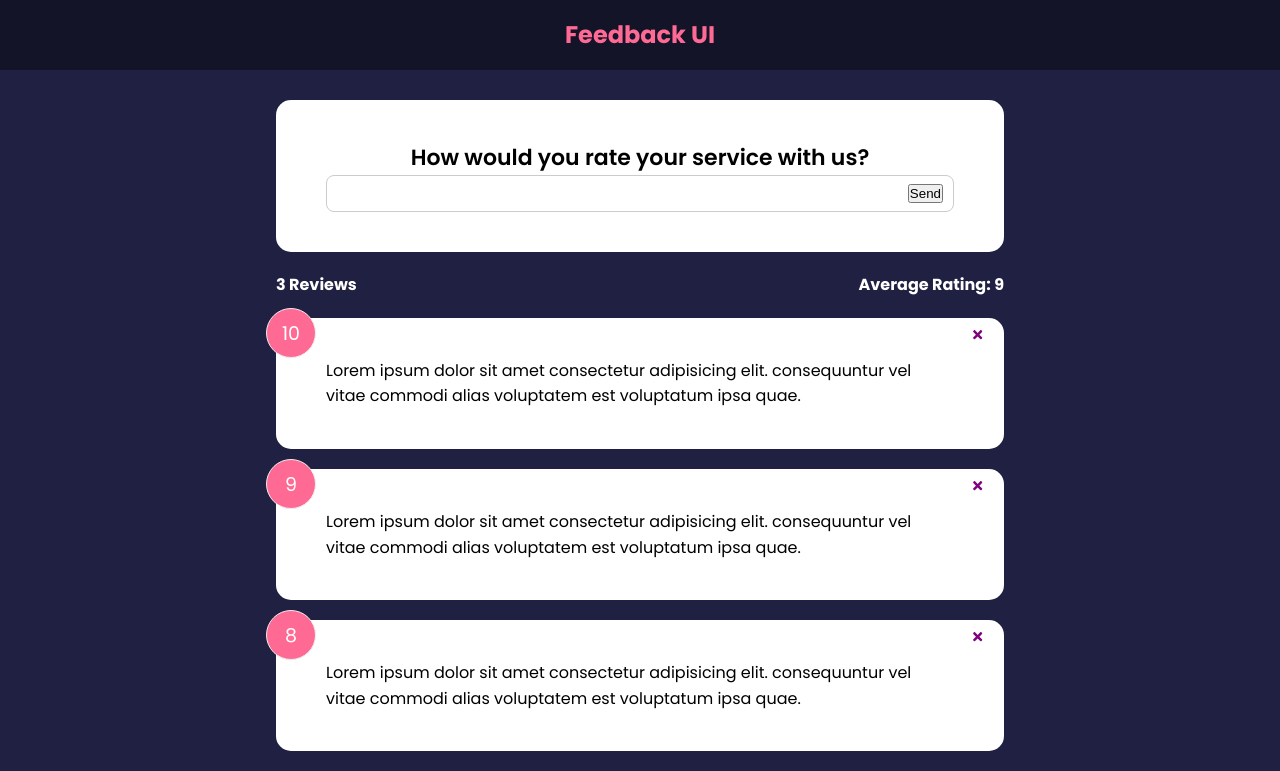
Repository: minhtien9/Feedback_App
Page: /
The author's editor kept a copy of each file at every save. The page is drawn from the files as they stood at one save, then again after the next save.
The browser window is 1280 px wide. The pictures show the whole page.
The project was rebuilt for these pictures with package versions that can differ from the ones it lists, and the page was loaded fresh each time.

Above is the page before, as saved 2022-02-18 14:20:53.

### src/index.css
@import url('https://fonts.googleapis.com/css2?family=Poppins:wght@400;600;700&display=swap');

* {
    box-sizing: border-box;
    margin: 0;
    padding: 0;
}

body {
    font-family: 'Poppins', sans-serif;
    background-color: #202142;
    color: #fff;
    line-height: 1.6;
}

ul {
    list-style: none;
}

.container {
    max-width: 768px;
    margin: auto;
    padding: 0 20px;
}

header {
    height: 70px;
    width: 100%;
    display: flex;
    justify-content: space-between;
    align-items: center;
    margin-bottom: 30px;
}

.card {
    background-color: #fff;
    color: #333;
    border-radius: 15px;
    padding: 40px 50px;
    margin: 20px 0;
    position: relative;
}

.card.reverse {
    background-color: rgba(0, 0, 0, 0.4);
    color: #fff;
}

.card h2 {
    font-size: 22px;
    font-weight: 600;
    text-align: center;
}

.rating {
    display: flex;
    align-items: center;
    justify-content: space-around;
    margin: 30px 0 40px;
}

.rating li,
.num-display {
    position: relative;
    background: #f4f4f4;
    width: 50px;
    height: 50px;
    padding: 10px;
    text-align: center;
    border-radius: 50%;
    font-size: 19px;
    border: 1px #eee solid;
    transition: 0.3s;
}

.rating li label {
    position: absolute;
    top: 50%;
    left: 50%;
    width: 50px;
    height: 50px;
    padding: 10px;
    border-radius: 50%;
    transform: translate(-50%, -50%);
    cursor: pointer;
}

.rating li:hover,
.num-display {
    background: #ff6a95;
    color: #fff;
}

[type='radio'] {
    opacity: 0;
}

[type='radio']:checked ~ label {
    background: #ff6a95;
    color: #fff;
}

.input-group {
    display: flex;
    flex-direction: row;
    border: 1px solid #ccc;
    padding: 8px 10px;
    border-radius: 8px;
}

input {
    flex-grow: 2;
    border: none;
    font-size: 16px;
}

input:focus {
    outline: none;
}

.feedback-stats {
    color: #fff;
    display: flex;
    justify-content: space-between;
    align-items: center;
}

.num-display {
    position: absolute;
    top: -10px;
    left: -10px;
}

.close,
.edit {
    position: absolute;
    top: 10px;
    right: 20px;
    cursor: pointer;
    background: none;
    border: none;
}

.edit {
    right: 40px;
}

.btn {
    color: #fff;
    border: 0;
    border-radius: 8px;
    color: #fff;
    width: 100px;
    height: 40px;
    cursor: pointer;
}

.btn-primary {
    background-color: #202142;
}

.btn-secondary {
    background: #ff6a95;
}

.btn:hover {
    transform: scale(0.98);
    opacity: 0.9;
}

.btn:disabled {
    background-color: #cccccc;
    color: #333;
    cursor: auto;
}

.btn:disabled:hover {
    transform: scale(1);
    opacity: 1;
}

.message {
    padding-top: 10px;
    text-align: center;
    color: rebeccapurple;
}

/* FIX: Remove position: absolute to keep about icon at the bottom of the
 * document */
.about-link {
    display: flex;
    justify-content: flex-end;
}

/* FIX: Remove position: absolute to keep about icon at the bottom of the
 * document */
.about-link a {
    color: #fff;
    cursor: pointer;
}

.about-link a:hover {
    color: #ff6a95;
}

.about h1 {
    margin-bottom: 20px;
}

.about p {
    margin: 10px 0;
}

@media (max-width: 600px) {
    .rating li {
        margin: 10px 3px;
    }

    .rating {
        display: flex;
        align-items: center;
        justify-content: center;
        flex-wrap: wrap;
        margin: 30px 0 40px;
    }

    .input-group input {
        width: 80%;
    }
}

### src/App.js
import Header from './components/Header'

import FeedbackData from './data/FeedbackData'
import FeedbackList from './components/FeedbackList'

import { useState } from 'react'
import FeedbackStats from './components/FeedbackStats'
import FeedbackForm from './components/FeedbackForm'

function App() {
    const [feedback, setFeedback] = useState(FeedbackData)

    const deleteFeedback = (id) => {
        if (window.confirm('Are you sure you want to delete?')) {
            setFeedback(feedback.filter((item) => item.id !== id))
        }
    }
    return (
        <div className='App'>
            <Header />
            <div className='container'>
                <FeedbackForm />
                <FeedbackStats feedback={feedback} />
                <FeedbackList
                    feedback={feedback}
                    handeDelete={deleteFeedback}
                />
            </div>
        </div>
    )
}

export default App

### src/components/Header.jsx
import React from 'react'
import PropTypes from 'prop-types'

Header.propTypes = {
    text: PropTypes.string,
    bgColor: PropTypes.string,
    textColor: PropTypes.string,
}

Header.defaultProps = {
    text: 'Feedback UI',
    bgColor: 'rgba(0,0,0,0.4)',
    textColor: '#ff6a95',
}

function Header({ text, bgColor, textColor }) {
    const headerStyles = { background: bgColor, color: textColor }
    return (
        <header style={headerStyles}>
            <div className='container'>
                <h2>{text}</h2>
            </div>
        </header>
    )
}

export default Header

### src/data/FeedbackData.js
const FeedbackData = [
    {
        id: 1,
        rating: 10,
        text: 'Lorem ipsum dolor sit amet consectetur adipisicing elit. consequuntur vel vitae commodi alias voluptatem est voluptatum ipsa quae.',
    },
    {
        id: 2,
        rating: 9,
        text: 'Lorem ipsum dolor sit amet consectetur adipisicing elit. consequuntur vel vitae commodi alias voluptatem est voluptatum ipsa quae.',
    },
    {
        id: 3,
        rating: 8,
        text: 'Lorem ipsum dolor sit amet consectetur adipisicing elit. consequuntur vel vitae commodi alias voluptatem est voluptatum ipsa quae.',
    },
]

export default FeedbackData

### src/components/FeedbackList.jsx
import PropTypes from 'prop-types'
import FeedbackItem from './FeedbackItem'

FeedbackList.propTypes = {
    feedback: PropTypes.arrayOf(
        PropTypes.shape({
            id: PropTypes.number.isRequired,
            text: PropTypes.string.isRequired,
            rating: PropTypes.number.isRequired,
        })
    ),
}

function FeedbackList({ feedback, handeDelete }) {
    if (!feedback || feedback.length === 0) return <p>No Feedback Yet</p>
    return (
        <div className='feedback-list'>
            {feedback.map((item) => (
                <FeedbackItem
                    key={item.id}
                    item={item}
                    handeDelete={handeDelete}
                />
            ))}
        </div>
    )
}

export default FeedbackList

### src/components/FeedbackStats.jsx
import React from 'react'
import PropTypes from 'prop-types'

FeedbackStats.propTypes = {
    feedback: PropTypes.array.isRequired,
}

function FeedbackStats({ feedback }) {
    let average =
        feedback.reduce((acc, cur) => {
            return acc + cur.rating
        }, 0) / feedback.length

    average = average.toFixed(1).replace(/[.,]0$/, '')
    return (
        <div className='feedback-stats'>
            <h4>{feedback.length} Reviews</h4>
            <h4>Average Rating: {isNaN(average) ? 0 : average}</h4>
        </div>
    )
}

export default FeedbackStats

### src/components/FeedbackForm.jsx
import React, { useState } from 'react'
import PropTypes from 'prop-types'
import Card from './UI/Card'

FeedbackForm.propTypes = {}

function FeedbackForm(props) {
    const [text, setText] = useState('')
    return (
        <Card>
            <form>
                <h2>How would you rate your service with us?</h2>
                <div className='input-group'>
                    <input type='text' />
                    <button type='submit'>Send</button>
                </div>
            </form>
        </Card>
    )
}

export default FeedbackForm

### src/components/FeedbackItem.jsx
import { FaTimes } from 'react-icons/fa'
import PropTypes from 'prop-types'
import Card from './UI/Card'

FeedbackItem.propTypes = {
    item: PropTypes.object.isRequired,
}

function FeedbackItem({ item, handleDelete }) {
    return (
        <Card>
            <div className='num-display'>{item.rating}</div>
            <button onClick={() => handleDelete(item.id)} className='close'>
                <FaTimes color='purple' />
            </button>
            <div className='text-display'>{item.text}</div>
        </Card>
    )
}

export default FeedbackItem

### src/components/UI/Card.jsx
import React from 'react'
import PropTypes from 'prop-types'

Card.propTypes = {
    children: PropTypes.node.isRequired,
    reverse: PropTypes.bool,
}

Card.defaultProps = {
    reverse: false,
}

function Card({ children, reverse }) {
    return (
        <div
            className='card'
            style={{
                backgroundColor: reverse ? 'rgba(0,0,0,0.4)' : '#fff',
                color: reverse ? '#fff' : '#000',
            }}
        >
            {children}
        </div>
    )
}

export default Card

Loaded but not shown: public/index.html (common file); src/index.js (common file)

After the next save:
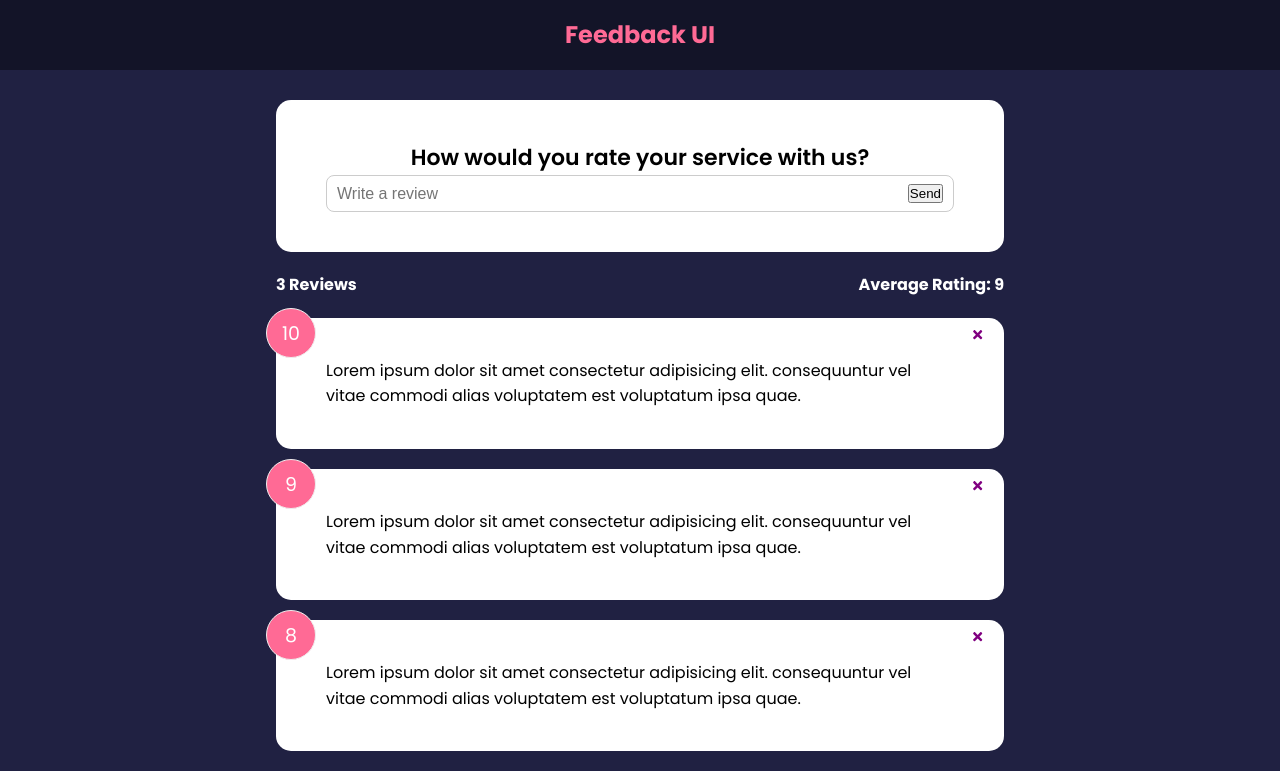
Saved 31 s later.
--- a/src/components/FeedbackForm.jsx
+++ b/src/components/FeedbackForm.jsx
@@ -11,7 +11,11 @@ function FeedbackForm(props) {
             <form>
                 <h2>How would you rate your service with us?</h2>
                 <div className='input-group'>
-                    <input type='text' />
+                    <input
+                        type='text'
+                        placeholder='Write a review'
+                        value={text}
+                    />
                     <button type='submit'>Send</button>
                 </div>
             </form>
